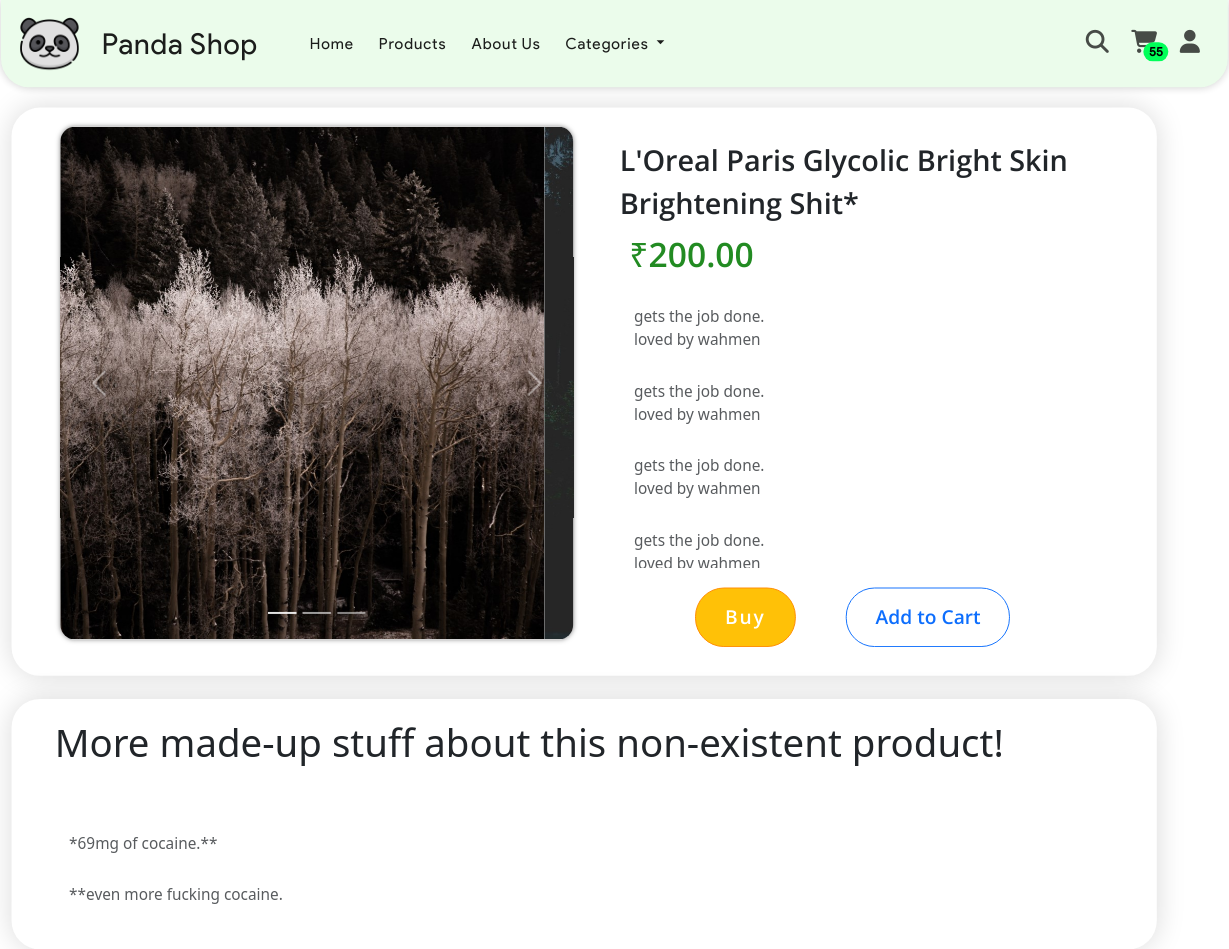
Repository: Anindyait/Panda-web-project
Page: http://localhost/Project1/product.html
An editor plug-in stored every save of this project. The page is shown before and after the next save, followed by the edit.
The browser window is 1280 px wide. The pictures show the whole page, at 96% of full size.
Some web fonts or font styles are not loaded; a fallback is used. Some web libraries are served in a nearby version. The page is served by Tomcat 9. Other server files are loaded and not shown.

Above is the page before, as saved 2022-11-26 15:09:26.

### Project1/src/main/webapp/product.html
<!doctype html>
<html lang="en">
<head>
    <meta charset="ISO-8859-1">
    <script src="https://code.jquery.com/jquery-3.3.1.js"
			integrity="sha256-2Kok7MbOyxpgUVvAk/HJ2jigOSYS2auK4Pfzbm7uH60="
			crossorigin="anonymous">
	</script>
	<script>
		$(function () {
			$("#header").load("header.html");
			$("#footer").load("footer.html");
		});
	</script>

    <meta name="viewport" content="width=device-width, initial-scale=1">
    <title>Bootstrap demo</title>

    <link href="https://cdn.jsdelivr.net/npm/bootstrap@5.2.3/dist/css/bootstrap.min.css" rel="stylesheet" integrity="sha384-rbsA2VBKQhggwzxH7pPCaAqO46MgnOM80zW1RWuH61DGLwZJEdK2Kadq2F9CUG65" crossorigin="anonymous">
    <link rel="stylesheet" href="Bootstrap/CSS/style1.css">

</head>
<body>


    <!-- <?php $IPATH = $_SERVER["DOCUMENT_ROOT"]."/php/"; include($IPATH, "headernav.html"); ?> -->


    <script src="https://cdn.jsdelivr.net/npm/bootstrap@5.2.3/dist/js/bootstrap.bundle.min.js" integrity="sha384-kenU1KFdBIe4zVF0s0G1M5b4hcpxyD9F7jL+jjXkk+Q2h455rYXK/7HAuoJl+0I4" crossorigin="anonymous"></script>
    <div id="header"></div>

    <div class="header-adjustment"></div>
    <div class="container-fluid">
        <div class="cardnew">
            <div class="container px-4 text-left">
                <div class="row">
                    <div class="col">
                        <div id="ProductCarousel" class="carousel slide" data-bs-ride="carousel">
                            <div class="carousel-indicators">
                                <button type="button" data-bs-target="#ProductCarousel" data-bs-slide-to="0" class="active" aria-current="true" aria-label="Slide 1"></button>
                                <button type="button" data-bs-target="#ProductCarousel" data-bs-slide-to="1" aria-label="Slide 2"></button>
                                <button type="button" data-bs-target="#ProductCarousel" data-bs-slide-to="2" aria-label="Slide 3"></button>
                            </div>
                            <div class="carousel-inner round">
                                <div class="carousel-item active">
                                    <img src="Pics/scene1.jpg" class="d-block w-100" alt="...">
                                </div>
                                <div class="carousel-item">
                                    <img src="Pics/scene2.jpg" class="d-block w-100" alt="...">
                                </div>
                                <div class="carousel-item">
                                    <img src="Pics/scene3.jpg" class="d-block w-100" alt="...">
                                </div>
                            </div>

                            <button class="carousel-control-prev" type="button" data-bs-target="#ProductCarousel" data-bs-slide="prev">
                                <span class="carousel-control-prev-icon" aria-hidden="true"></span>
                                <span class="visually-hidden">Previous</span>
                            </button>
                            <button class="carousel-control-next" type="button" data-bs-target="#ProductCarousel" data-bs-slide="next">
                                <span class="carousel-control-next-icon" aria-hidden="true"></span>
                                <span class="visually-hidden">Next</span>
                            </button>
                        </div>

                    </div>
                    <div class="col-lg">


                        <div class="text">
                            <div class="Title">L'Oreal Paris Glycolic Bright Skin Brightening Shit*</div>
                            <div class="Price">₹200.00</div>
                            <div class="desc overflow-auto">
                                <div class="Description opacity-75"> gets the job done. <br> loved by wahmen</div>
                                <div class="Description opacity-75"> gets the job done. <br> loved by wahmen</div>
                                <div class="Description opacity-75"> gets the job done. <br> loved by wahmen</div>
                                <div class="Description opacity-75"> gets the job done. <br> loved by wahmen</div>
                                <div class="Description opacity-75"> gets the job done. <br> loved by wahmen</div>
                                <div class="Description opacity-75"> gets the job done. <br> loved by wahmen</div>
                            </div>
                            <div class="row justify-content-center button-grid ">
                                <div class="col-4">
                                    <input type="button" value="Buy" class="btn btn-warning Buy" />
                                </div>
                                <div class="col-4">
                                    <input type="button" value="Add to Cart" class="btn btn-outline-primary AddtoCart" />
                                </div>
                            </div>
                        </div>

                     </div>
                </div>
            </div>
        </div>
        <br>
        <div class="cardnew">
            <div class="text">
                <h1>More made-up stuff about this non-existent product!</h1>
                <br>
                <div class="Description opacity-75">*69mg of cocaine.**</div>
                <div class="Description opacity-75">**even more fucking cocaine.</div>

            </div>
        </div>
    </div>
</body>
</html>

### Project1/src/main/webapp/header.html
<!doctype html>
<html lang="en">
<head>
    <meta charset="utf-8">
    <meta name="viewport" content="width=device-width, initial-scale=1">
    <title>Header</title>
    <link rel="icon" href="Pics/panda.png">
    <script src="https://cdn.jsdelivr.net/npm/bootstrap@5.2.3/dist/js/bootstrap.bundle.min.js" integrity="sha384-kenU1KFdBIe4zVF0s0G1M5b4hcpxyD9F7jL+jjXkk+Q2h455rYXK/7HAuoJl+0I4" crossorigin="anonymous"></script>
    <script src="https://kit.fontawesome.com/13deb536c6.js" crossorigin="anonymous"></script>

    <link href="https://cdn.jsdelivr.net/npm/bootstrap@5.2.3/dist/css/bootstrap.min.css" rel="stylesheet" integrity="sha384-rbsA2VBKQhggwzxH7pPCaAqO46MgnOM80zW1RWuH61DGLwZJEdK2Kadq2F9CUG65" crossorigin="anonymous">
    <link rel="stylesheet" href="Bootstrap/CSS/style1.css">
</head>
<body>
    <script>
       function search_suggestions()
       {
           var text = document.getElementById("search-text");

           var http = new XMLHttpRequest();
            http.open("POST", "Search", true);
            http.setRequestHeader("Content-type","application/x-www-form-urlencoded");
            var params = "search=" + text.value; // probably use document.getElementById(...).value
            http.send(params);

            http.onreadystatechange = function() {
                if (http.readyState == XMLHttpRequest.DONE) {
                	console.log(http.response);
                	var added = document.getElementById("suggestions");
                    added.innerHTML = http.response;
                }
            }
       }

       function cart_items()
       {
           var cartItems = new XMLHttpRequest();
            cartItems.open("POST", "Cart", true);
            cartItems.setRequestHeader("Content-type","application/x-www-form-urlencoded");

            cartItems.onreadystatechange = function() {
                if (cartItems.readyState == XMLHttpRequest.DONE) {
                	console.log(cartItems.response);
                }
            }
       }
    </script>

    <script>
        $(document).ready(function() {
            $(".dropdown-toggle").dropdown();
        });
    </script>

    <div class="font">

        <nav class="navbar navbar-expand-lg header">
            <!--Store name and Logo-->

            <a class="navbar-brand" style="text-decoration:none" href="Index.html">
                <div class="row">
                    <div class="col">
                        <img class="brand-img" src="Pics/panda.png" height="65">
                    </div>
                    <div class="col">
                        <div class="brand-name">Panda Shop</div>
                    </div>
                </div>
            </a>

            <!--Collapsed NavBars toggle-->
            <div class="menu-button-padding">
                <button class="navbar-toggler round" type="button" data-bs-toggle="collapse" data-bs-target="#NavBar" aria-expanded="false" aria-controls="#NavBar" aria-label="Toggle navigation" ><span class="navbar-toggler-icon"></span></button>

            </div>

            <!--Actual NavBar-->
            <div class="collapse navbar-collapse nav-part" id="NavBar">

                <ul class="navbar-nav">
                    <li class="nav-item">
                        <a href="Index.html" class="nav-link nav-link1 active">Home</a>
                    </li>

                    <li class="nav-item">
                        <a href="#" class="nav-link nav-link1 active">Products</a>
                    </li>

                    <li class="nav-item">
                        <a href="aboutUs.html" class="nav-link nav-link1 active">About Us</a>
                    </li>

                    <div class="nav-item dropdown">
                        <div class="nav-link nav-link1 dropdown-toggle active" href="#" role="button" data-bs-toggle="dropdown" aria-expanded="false">
                            Categories
                        </div>
                        <div class="dropdown-menu" style="border-radius:20px;">

                            <div class="row">
                                <div class="col">

                                    <a href="ProductList?category=Winter Collection" class="dropdown-item">
                                        Winter&nbspCollection
                                    </a>

                                    <a href="ProductList?category=New Year's Collection" class="dropdown-item">
                                        New&nbspYear's&nbspCollection
                                    </a>

                                    <a href="ProductList?category=Valentine's Day" class="dropdown-item">
                                        Valentine's&nbspDay
                                    </a>

                                    <a href="ProductList?category=Saraswati Puja Collection" class="dropdown-item">
                                        Saraswati&nbspPuja&nbspCollection
                                    </a>
                                    <a href="ProductList?category=Best Sellers" class="dropdown-item">
                                        Best&nbspSellers
                                    </a>

                                    <a href="ProductList?category=Royal Range" class="dropdown-item">
                                        Royal&nbspRange
                                    </a>


                                    <a href="ProductList?category=Shoes" class="dropdown-item">
                                        Shoes
                                    </a>
                                </div>

                                <div class="col">



                                    <a href="ProductList?category=Tops" class="dropdown-item">
                                        Tops
                                    </a>

                                    <a href="ProductList?category=Hoodies" class="dropdown-item">
                                        Hoodies
                                    </a>

                                    <a href="ProductList?category=Trousers" class="dropdown-item">
                                        Trousers
                                    </a>

                                    <a href="ProductList?category=Dresses" class="dropdown-item">
                                        Dresses
                                    </a>

                                    <a href="ProductList?category=Formal Clothing Range" class="dropdown-item">
                                        Formal&nbspClothing&nbspRange
                                    </a>

                                    <a href="ProductList?category=,Male," class="dropdown-item">
                                        Men
                                    </a>

                                    <a href="ProductList?category=,Female," class="dropdown-item">
                                        Women
                                    </a>
                                </div>
                            </div>
                            <br>
                            <a href="ProductList?category=All Panda Shop Products" class="dropdown-item" style="background-color:#ebfceb;">
                                All Panda Shop Products
                            </a>
                        </div>
                    </div>




                </ul>
            </div>

        </nav>

        <div class="nav-item right-icons">
            <i class="fa-solid fa-magnifying-glass fa-xl right-cons" data-bs-toggle="modal" data-bs-target="#searchModal"></i>

            <!--Search Modal-->
            <div class="modal fade" id="searchModal" aria-labelledby="searchModalLabel" aria-hidden="true">
                <div class="modal-dialog">
                    <div class="modal-content search" style="border:none; background:rgb(255, 255, 255)">

                        <form>
                        <div class="row">
                            <div class="col">
                                <input name="search-text" type = "search" class = "form-control" id = "search-text" placeholder="Search..." onkeyup="search_suggestions()" required>
                            </div>
                            <div class="col-2">
                                <button type="submit" class="btn bamboo rounded-5"><i class="fa-solid fa-magnifying-glass fa-lg"></i></button>
                            </div>

                            <div class="col-1">
                            <button type="button" class="btn-close" data-bs-dismiss="modal" aria-label="Close" style="margin-top:6px; margin-left:-15px;"></button>
                            </div>
                        </div>
                        </form>


                        <div class="search-suggestion" id="suggestions">
                            <!--<a href="#">Set Of Three : Corset Style Hoodie With Sleeveless Crop Top & Bottom In Black</a>
                            <a href="#">Suggestion2</a>-->
                            <h4 style="text-align:center; opacity:60%">Search products</h4>
                        </div>



                    </div>


                </div>
            </div>

            <a href="Cart" class="right-links">
                <div id="cart-item-numbers">55</div>
                <i class="fa fa-cart-shopping fa-xl right-cons"></i>

            </a>



            <!-- <input type="button"  value="   " data-bs-toggle="collapse" class="btn btn-secondary login-button round"/> -->
            <a href="Profile" class="right-links"><i class="fa-solid fa-user fa-xl right-cons"></i></a>






        </div>

    </div>



</body>
<script>
    function focus_text()
    {
        console.log("focus_text");
        document.getElementById("suggestions").focus();
    }
</script>

</html>

Loaded but not shown: Project1/src/main/webapp/Bootstrap/CSS/style1.css (1772 lines, source omitted)

After the next save:
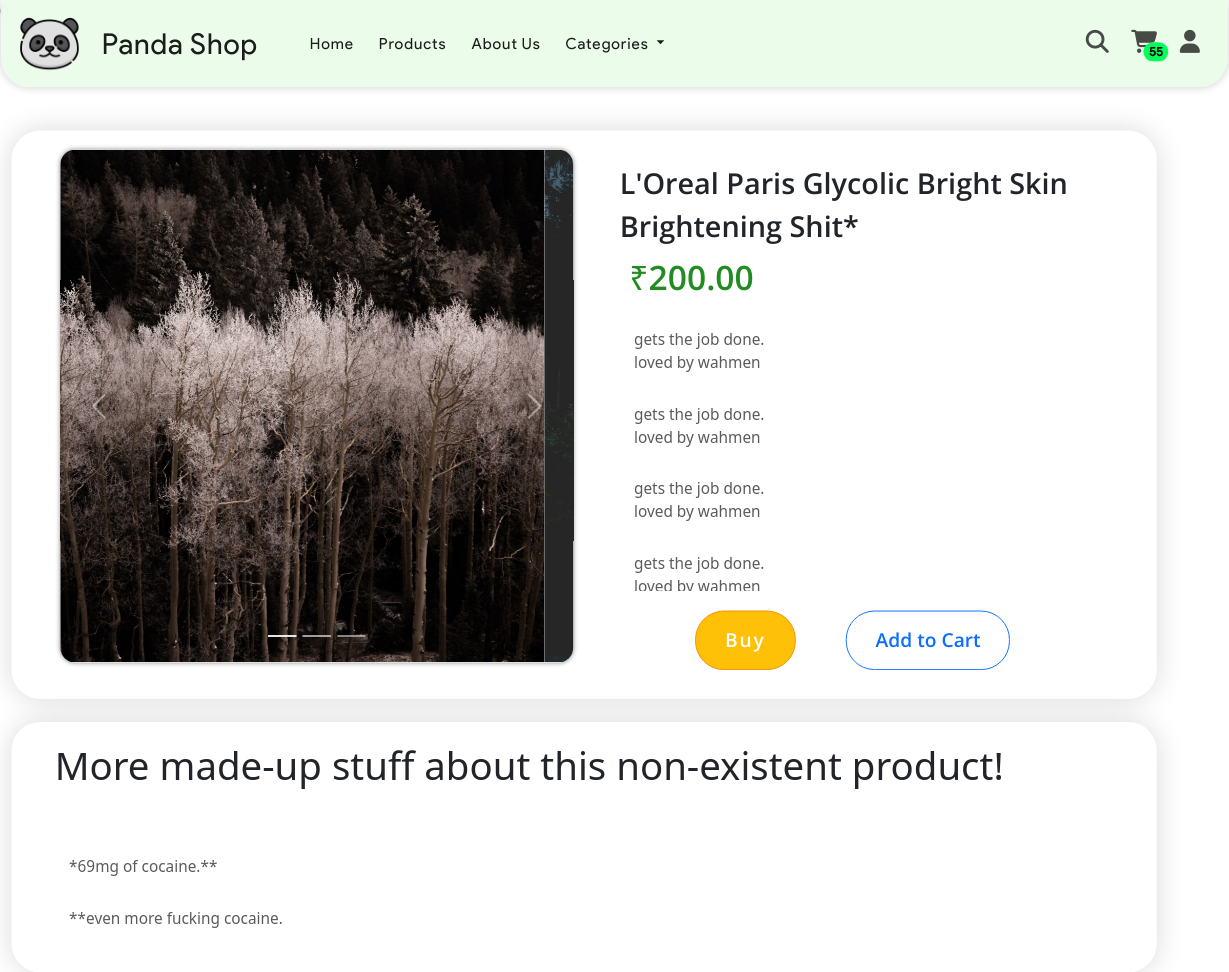
Saved 7 s later.
--- a/Project1/src/main/webapp/product.html
+++ b/Project1/src/main/webapp/product.html
@@ -29,7 +29,7 @@
     <script src="https://cdn.jsdelivr.net/npm/bootstrap@5.2.3/dist/js/bootstrap.bundle.min.js" integrity="sha384-kenU1KFdBIe4zVF0s0G1M5b4hcpxyD9F7jL+jjXkk+Q2h455rYXK/7HAuoJl+0I4" crossorigin="anonymous"></script>
     <div id="header"></div>
 
-    <div class="header-adjustment"></div>
+    <div class="header-adjustment">0</div>
     <div class="container-fluid">
         <div class="cardnew">
             <div class="container px-4 text-left">
